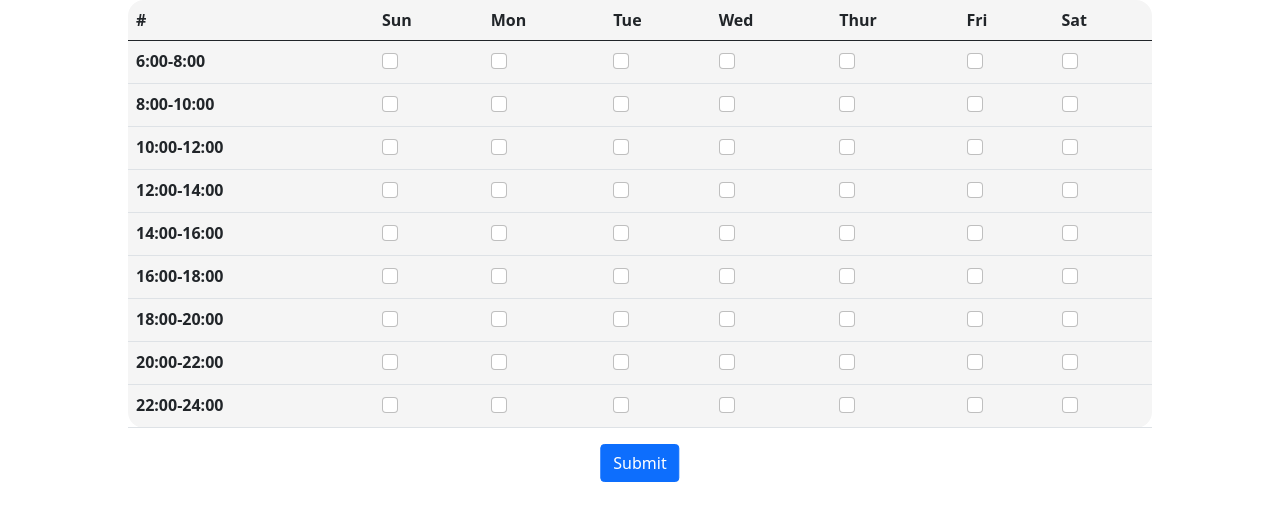
Repository: xich4932/fuxiguanli
Page: index_main.html
An editor plug-in stored every save of this project. The page is shown before and after the next save, followed by the edit.
The browser window is 1280 px wide. The pictures show the whole page.

Above is the page before, as saved 2021-06-21 22:01:18.

### index_main.html
<!doctype html>
<html lang="en">
  <head>
    <!-- Required meta tags -->
    <meta charset="utf-8">
    <meta name="viewport" content="width=device-width, initial-scale=1">

    <!-- Bootstrap CSS -->
    <link href="https://cdn.jsdelivr.net/npm/bootstrap@5.0.1/dist/css/bootstrap.min.css" rel="stylesheet" integrity="sha384-+0n0xVW2eSR5OomGNYDnhzAbDsOXxcvSN1TPprVMTNDbiYZCxYbOOl7+AMvyTG2x" crossorigin="anonymous">
    <script src="https://cdnjs.cloudflare.com/ajax/libs/jquery/3.6.0/jquery.min.js" integrity="sha512-894YE6QWD5I59HgZOGReFYm4dnWc1Qt5NtvYSaNcOP+u1T9qYdvdihz0PPSiiqn/+/3e7Jo4EaG7TubfWGUrMQ==" crossorigin="anonymous" referrerpolicy="no-referrer"></script>

    <link rel="stylesheet" href="style.css">
    <title>Hello, world!</title>
  </head>
  <body onload="load_table()">

    <!-- Optional JavaScript; choose one of the two! -->

    <!-- Option 1: Bootstrap Bundle with Popper -->
    <script src="https://cdn.jsdelivr.net/npm/bootstrap@5.0.1/dist/js/bootstrap.bundle.min.js" integrity="sha384-gtEjrD/SeCtmISkJkNUaaKMoLD0//ElJ19smozuHV6z3Iehds+3Ulb9Bn9Plx0x4" crossorigin="anonymous"></script>

    <!-- Option 2: Separate Popper and Bootstrap JS -->
    <!--
    <script src="https://cdn.jsdelivr.net/npm/@popperjs/core@2.9.2/dist/umd/popper.min.js" integrity="sha384-IQsoLXl5PILFhosVNubq5LC7Qb9DXgDA9i+tQ8Zj3iwWAwPtgFTxbJ8NT4GN1R8p" crossorigin="anonymous"></script>
    <script src="https://cdn.jsdelivr.net/npm/bootstrap@5.0.1/dist/js/bootstrap.min.js" integrity="sha384-Atwg2Pkwv9vp0ygtn1JAojH0nYbwNJLPhwyoVbhoPwBhjQPR5VtM2+xf0Uwh9KtT" crossorigin="anonymous"></script>
    -->

    <div id="print_table" class="table_style">
      <table class="table" id = "this_table">
        <thead>
          <tr>
            <th scope="col">#</th>
            <th scope="col">Sun</th>
            <th scope="col">Mon</th>
            <th scope="col">Tue</th>
            <th scope="col">Wed</th>
            <th scope="col">Thur</th>
            <th scope="col">Fri</th>
            <th scope="col">Sat</th>
          </tr>
        </thead>
        <tbody id="table_body">

        </tbody>
        </table>
    </div>
    <!--
    <div>
      <div id="course_table" >
        <table class="table" id = "add_course_table">
          <thead>
            <tr>
              <th scope="col">#</th>
              <th scope="col">Course</th>
              <th scope="col">Final Date</th>
              <th scope="col">Number of Course</th>
            </tr>
          </thead>
          <tbody id="course">

            <tr>
              <th scope="row">1</th>
              <td>
                <input class="form-control" type="text" placeholder="input course name" aria-label="default input example" id="course_0">
              </td>
              <td>
                <input type="date" id="final_0">
              </td>
              <td>
                <input type="number" id="num_0">
              </td>
            </tr>

          </tbody>
          </table>
    </div>
    </div>
    -->

    <div>
      <div >
        <a class="btn btn-primary" href="class_main.html" style="display: none;" role="button" id="table_next">Next</a>
      </div>
    </div>

    <div class="position-absolute bottom-7 start-50 translate-middle-x">
      <button type="button" class="btn btn-primary" onclick="checking()">Submit</button>
    </div>
    <!--
    <div class="position-absolute bottom- start-50 translate-middle-x">
      <button type="button" class="btn btn-primary" id="addbtn" onclick="add_course()">Add new course</button>

    </div>
    <div class="position-absolute bottom-0 start-50 translate-middle-x">

      <button type="button" class="btn btn-primary" id="crtbtn" onclick="create()">create</button>

      <a class="download hide" id="downloadLink" download="event.ics">⇩ Download</a>

      <a class="btn btn-primary" style="display: none;" href="#" role="button" id="downbtn" download="event.ics" >download</a>
     </div>
    -->
     <script type="text/javascript" src="script.js" defer="true"></script>
  </body>
</html>

### style.css

.vertical-center {
    margin: 0;
    position: absolute;
    top: 50%;
    -ms-transform: translateY(-50%);
    transform: translateY(-50%);
}
/*
.float{
	position:fixed;
	width:60px;
	height:60px;
	bottom:40px;
	right:40px;
	background-color:#0C9;
	color:#FFF;
	border-radius:50px;
	text-align:center;
	box-shadow: 2px 2px 3px #999;
}
*/
.table_style{
	background-color: whitesmoke;
	width: 80%;
	height: 100%;
	margin: auto;
	border-radius: 1pc;
	border-color: teal;
}

### script.js
function load_table(){
    var table = document.getElementById("table_body")
    //table.innerHTML;
    str = ''
    count = 0;
    window_time = ["6:00-8:00", "8:00-10:00", "10:00-12:00", "12:00-14:00", "14:00-16:00", "16:00-18:00", "18:00-20:00", "20:00-22:00", "22:00-24:00"]
    for(r = 0; r < 9; r++){
        str += '<th scope="row">'+window_time[r]+'</th>'
        for(i = 0; i < 7; i++){
            str += '<td><div class="form-check"><input class="form-check-input" type="checkbox" value="" id="check'+count+'"><label class="form-check-label" for="window'+count+'"></label></div></td>'
            count ++
        }
        str += '</tr>'
    }
    //var arr = [1,2,3,4]
    //test.apply(this ,arr)
    //console.log(arr.join())
    table.innerHTML += str
};

var week = []
function checking(){
    for(var f = 0; f < 7; f++){
        var temp_arr = []
        for( i = f; i <63; i+=7 ){
            if(document.getElementById('check' + String(i)).checked == true){
                console.log(i)
                temp_arr.push(i)
            }
        }
        week.push(temp_arr)
    }
    console.log(week)
    document.getElementById("")
}

var total = 1;
//test
week.push([0])
week.push([5,8])
week.push([])
week.push([])
week.push([])
week.push([])
week.push([])


function add_course(){
    add = document.getElementById("course");
    str = '<tr><th scope="row">'+ (total+1)+'</th><td><input class="form-control" type="text" placeholder="input course name" aria-label="default input example" id="course_'+total+'"></td><td><input type="date" id="final_'+total+'"></td><td><input type="number" id="num_'+total+'"></td></tr>'
    total += 1
    $('#add_course_table tr:last').after(str);
}

function printing(){
    console.log(document.getElementById('final_date1').value)
    console.log(document.getElementById('num_course1').value)
    console.log(document.getElementById('course_1').value)

}

function calLastDay(month, year){
    if(month == 1 || month == 3 || month == 5 || month == 7 || month == 8 || month == 10 | month == 12 ){
        return 31;
    }else if(month == 4 || month == 6 || month == 9 || month == 11){
        return 30;
    }else{
        if(year % 4) return 28;
        if(!(year % 4) && year % 100) return 29;
        if(year % 100 && !(year % 400)) return 28
        else return 29
    }
}


var final_arr=[]; // final date
var course_arr = []; //course name
var num_arr = [] //number of topic of final for review
var time_start = []//start day of
var time_end = []//
var exclude_final = [] // exclude from review days
var exclude_str = "" //for RRULE
var icsFile = null;
var event_str = ""
var until = []
var window_start = ""
var window_end = ""
var window_str = ""

function create() {
    for(var i = 0; i < total; i++){
        final_arr.push(document.getElementById("final_"+String(i)).value)
        num_arr.push(document.getElementById("num_"+String(i)).value)
        course_arr.push(document.getElementById("course_"+String(i)).value)
    }
   //console.log(final_arr.join())
   //console.log(course_arr.join())
   //console.log(num_arr.join())
    total *= 2;
    for(var i = 0; i < total; i+=2){
        var day_before = final_arr[i].substring(0, 8)
        var day = final_arr[i].substring(8,10) - 1
        if(parseInt(final_arr[i].substring(8,10)) == 1){
            var temp_day_before = day_before
            var day_before = final_arr[i].substring(5,7) - 1
            day = calLastDay(parseInt(final_arr[i].substring(5,7))-1 ,parseInt(final_arr[i].substring(0,4)))
            if(day_before < 10){
                day_before = temp_day_before.substring(0, 5) + '0' + String(day_before) + '-'
            }
        }else{
            if(day < 10){
                day = '0' + String(day)
            }else{
                day = final_arr[i].substring(8,10) - 1
            }
        }
        final_arr.splice(i, 0, day_before + day)
        //console.log(final_arr.join())
    }
    //total /= 2
    console.log(final_arr.join())
    //total *= 2
    final_rearrange()
    ret_window()
    review_windows()
    automator()
   createEvent()
   //makeIcsFile()
   var ready = document.getElementById("downbtn")
   ready.href = makeIcsFile()
   document.getElementById("downbtn").style.display = "block"
}
/*
function exdate_working(){
    var temp_size = total / 2
    for(var t =0; t < total; t+=2){
        var str = ""
        str = String(final_arr[t].substring(0,4)) + String(final_arr[t].substring(5,7)) + String(final_arr[t].substring(8)) + 'T' + "000000"
        time_start.push(str)
        console.log("im in func")
    }
}
 */
/*
function time_to_start(){
   // console.log(final_arr.join())
    for(var t =0; t < total; t+=2){
        var str = ""
        str = String(final_arr[t].substring(0,4)) + String(final_arr[t].substring(5,7)) + String(final_arr[t].substring(8)) + 'T' + "000000"
        time_start.push(str)
        console.log("im in func")
    }
    //console.log(time_start.join())
}

function time_to_end(){
    //console.log(final_arr.join())
    for(var t =1; t <= total; t+=2){
        var str = ""
        str = String(final_arr[t].substring(0,4)) + String(final_arr[t].substring(5,7)) + String(final_arr[t].substring(8)) + 'T' + "235959"
        time_end.push(str)
        console.log("im in fund")
    }
}
 */

/*

 */
function final_rearrange(){
    for(var t =0; t < total ; t++){
        var temp_str = String(final_arr[t].substring(0,4)) + String(final_arr[t].substring(5,7)) + String(final_arr[t].substring(8)) + 'T' + "000000"
        if(t % 2){
            final_arr.push(temp_str)
        }
        exclude_str += temp_str
        exclude_str +=    ','
    }
    //console.log(str)
    //console.log(final_formatted.join())
}
/*
 *  store the time of windows
 *
 */
function ret_window(num){
    if(num / 7 == 0){
        window_start = "060000"
        window_end = "080000"
    }else if(num / 7 == 1){
        window_start = "080000"
        window_end = "100000"
    }else if(num / 7 == 2){
        window_start = "100000"
        window_end = "120000"
    }else if(num / 7 == 3){
        window_start = "120000"
        window_end = "140000"
    }else if(num / 7 == 4){
        window_start = "140000"
        window_end = "160000"
    }else if(num / 7 == 5){
        window_start = "160000"
        window_end = "180000"
    }else if(num / 7 == 6){
        window_start = "180000"
        window_end = "200000"
    }else if(num / 7 == 7){
        window_start = "200000"
        window_end = "220000"
    }else if(num / 7 == 8){
        window_start = "220000"
        window_end = "240000"
    }
}

function review_windows(){
    var today = new Date()
    for(var d = 0; d < total; d++){
        //window_str =
        time_start.push(String(today.getFullYear()) + String(today.getMonth()+1) + String(today.getDate()) + "T" + window_start)
        time_end.push(String(today.getFullYear()) + String(today.getMonth()+1) + String(today.getDate()) + "T" + window_end)
    }
}

/*
the final day and the days before final is reserved
*/
//var week = []
function calNextDay(month, year, day){
    if(month == 1 || month == 3 || month == 5 || month == 7 || month == 8 || month == 10 | month == 12 ){
        if(day + 1 > 31) return 1;
      //  else return day + 1;
    }else if(month == 4 || month == 6 || month == 9 || month == 11){
        if(day + 1 > 30) return 1;
     //   else return day + 1;
    }else{
        if(year % 4){
            if(day + 1 > 28) return 1;
          //  else return day + 1;
        } //return 28;
        if(!(year % 4) && year % 100){
            if(day + 1 > 29) return 1;
          //  else return day + 1;
        } //return 29; //leap month
        if(year % 100 && !(year % 400)){
            if(day + 1 > 28) return 1;
          //  else return day + 1;
        } //return 28
        else{
            if(day + 1 > 29) return 1;
          //  else return day + 1;
        } //return 29 //leap month
    }
    return day + 1
}



function automator(){
    var today = new Date()
    var sizer = total / 2;
    var temp_event
    console.log(today.getFullYear(), today.getMonth() +1, today.getDate())
    //document.getElementById("")
    time_start = String(today.getFullYear()) + String(today.getMonth()+1) + String(today.getDate()) + 'T000000'
    var weekday = translate_week((today.getDay() + 1) % 7 )
    for(var g = 0; g < sizer; g++){
        event_str += createEvent(course_arr[g], time_start[g], time_end[g] ,  until[g], translate_week(today.getDay()%7) )
    }
}


//return day in code
function translate_week(temp_week){
    switch (temp_week){
        case 0:
            return "SU"
            break;
        case 1:
            return "MO"
            break;
        case 2:
            return "TU"
            break;
        case 3:
            return "WE"
            break;
        case 0:
            return "TH"
            break;
        case 1:
            return "FR"
            break;
        case 2:
            return "SA"
            break;
        default:
            return "MO"
            break;
    }

}


//writing ICS rule

function createEvent(event_name, start_time, end_time, get_until, r_week) {
    for(var i = 0; i < time_start.length; i++){
       event_str += "BEGIN:VEVENT\n" +
       "UID:" +
       Math.random().toString(36).substring(2) +
       "\n" +
       "TZID:Asia/Shanghai\n" +
       "DTSTART;VALUE=DATE:" +
       //time_start[i] +
       "\n" +
       "DTEND;VALUE=DATE:" +
      // time_end[i] +
       "\n" +
       "SUMMARY:" +
      // course_arr[i] +
       "\n" +
       "DESCRIPTION:" +
       "review for "+ course_arr[i] +
       "\n" +
       "BEGIN:VALARM\n" +
       "TRIGGER:-PT10M\n" +
       "ACTION:DISPLAY" +
       "RRULE: FREQ=WEEKLY; WKST=SUN; BYDAY= " + r_week + "EXDATE="+ exclude_str +
       "\n" +
       "END:VEVENT\n";
    }
    return event_str
}

function makeIcsFile(date, summary, description) {
    //event_str =
    //console.log("eventstr: ", event_str)
    var test =
      "BEGIN:VCALENDAR\n" +
      "CALSCALE:GREGORIAN\n" +
      "METHOD:PUBLISH\n" +
      "PRODID:-//Test Cal//EN\n" +
      "VERSION:2.0\n";
      console.log(event_str)
      test += event_str;

      test += "END:VCALENDAR";
    ///console.log(test)
    var data = new File([test], { type: "text/plain" });

    // If we are replacing a previously generated file we need to
    // manually revoke the object URL to avoid memory leaks.
    if (icsFile !== null) {
      window.URL.revokeObjectURL(icsFile);
    }

    icsFile = window.URL.createObjectURL(data);

    return icsFile;
}

After the next save:
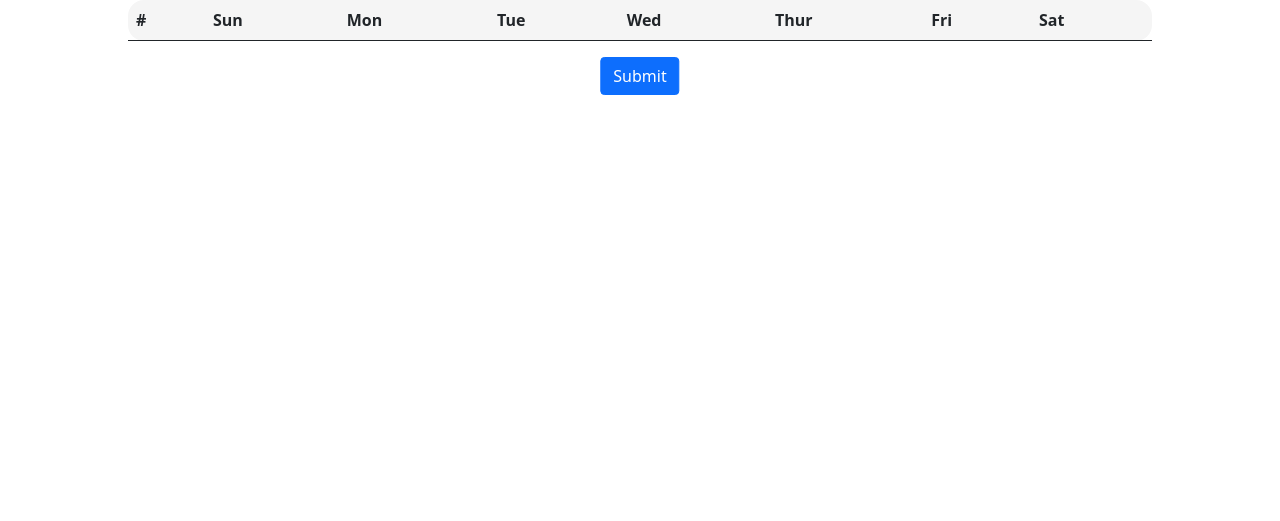
Console error: SyntaxError: Unexpected token '}'
Saved 18 s later.
--- a/script.js
+++ b/script.js
@@ -31,7 +31,7 @@ function checking(){
         week.push(temp_arr)
     }
     console.log(week)
-    document.getElementById("")
+    document.getElementById("table_next").style.visibility =
 }
 
 var total = 1;
